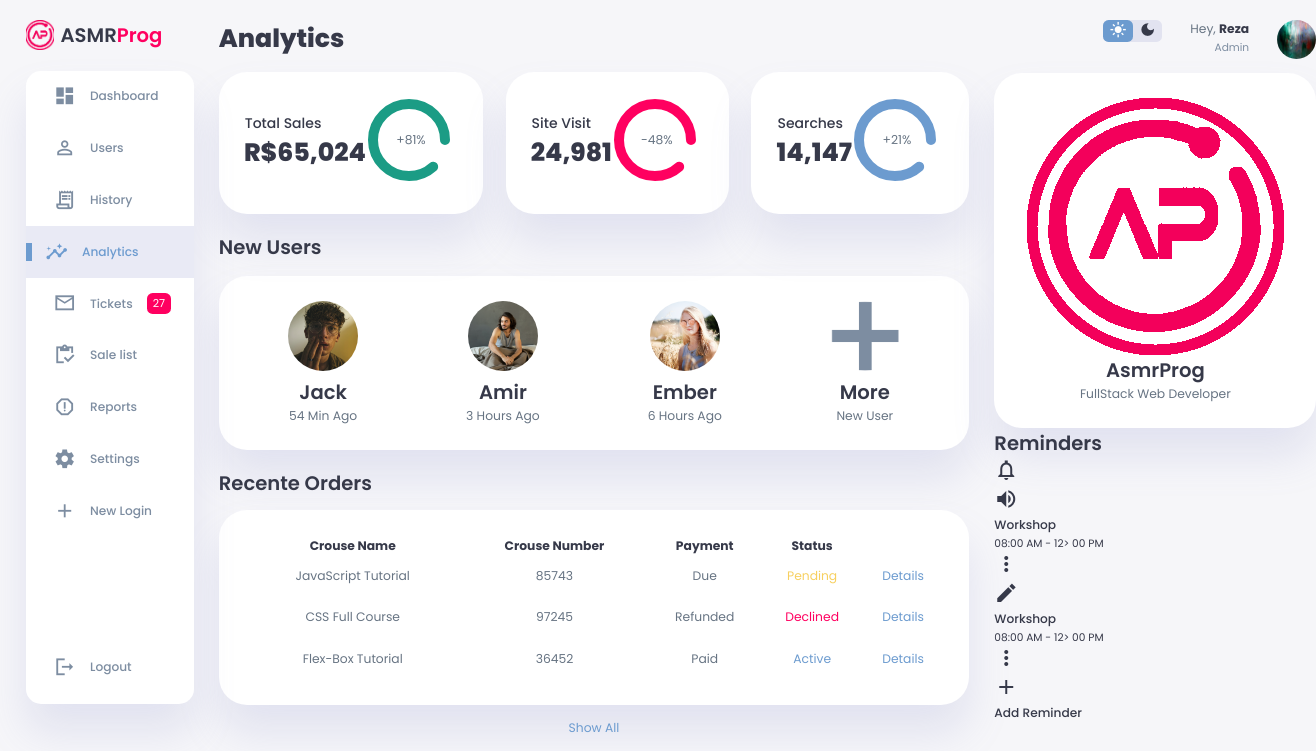
Repository: pheonix5/ProjetosRN-linux
Page: DashBoard/index.html
These files come from the project's save history. The page is drawn as it stood at one moment and after the next save; the edit follows.
The browser window is 1280 px wide. The page is 1316 px wide, so the pictures cover 1316 px, including what lies to the right of the window. The pictures show the whole page.

Above is the page before, as saved 2023-08-06 02:57:55.

After the next save:
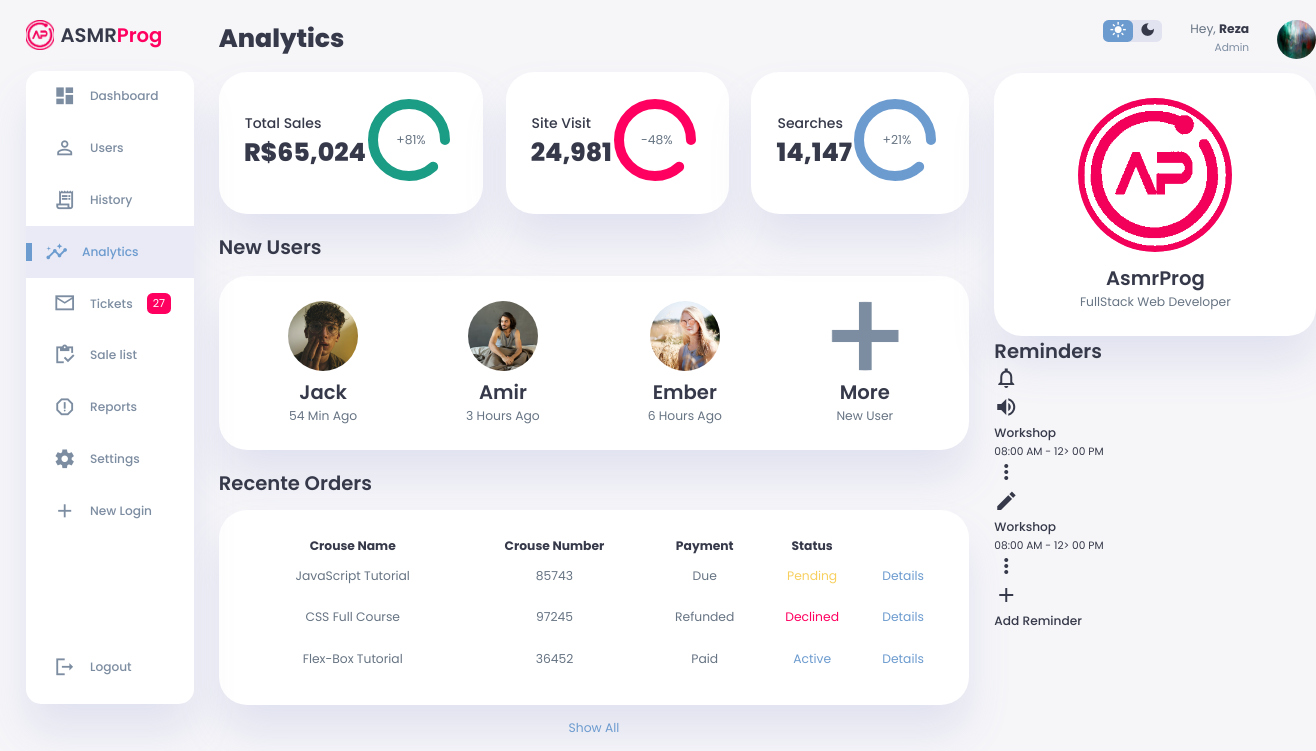
Saved 5 min 4 s later.
--- a/DashBoard/style.css
+++ b/DashBoard/style.css
@@ -442,3 +442,14 @@ main .recent-orders a{
   cursor: pointer;
   transition: all 0.3s ease;
 }
+
+.right-section .user-profile:hover{
+  box-shadow: none;
+}
+
+.right-section .user-profile img{
+  width: 11rem;
+  height: auto;
+  margin-bottom: 0.8rem;
+  border-radius: 50%;
+}
